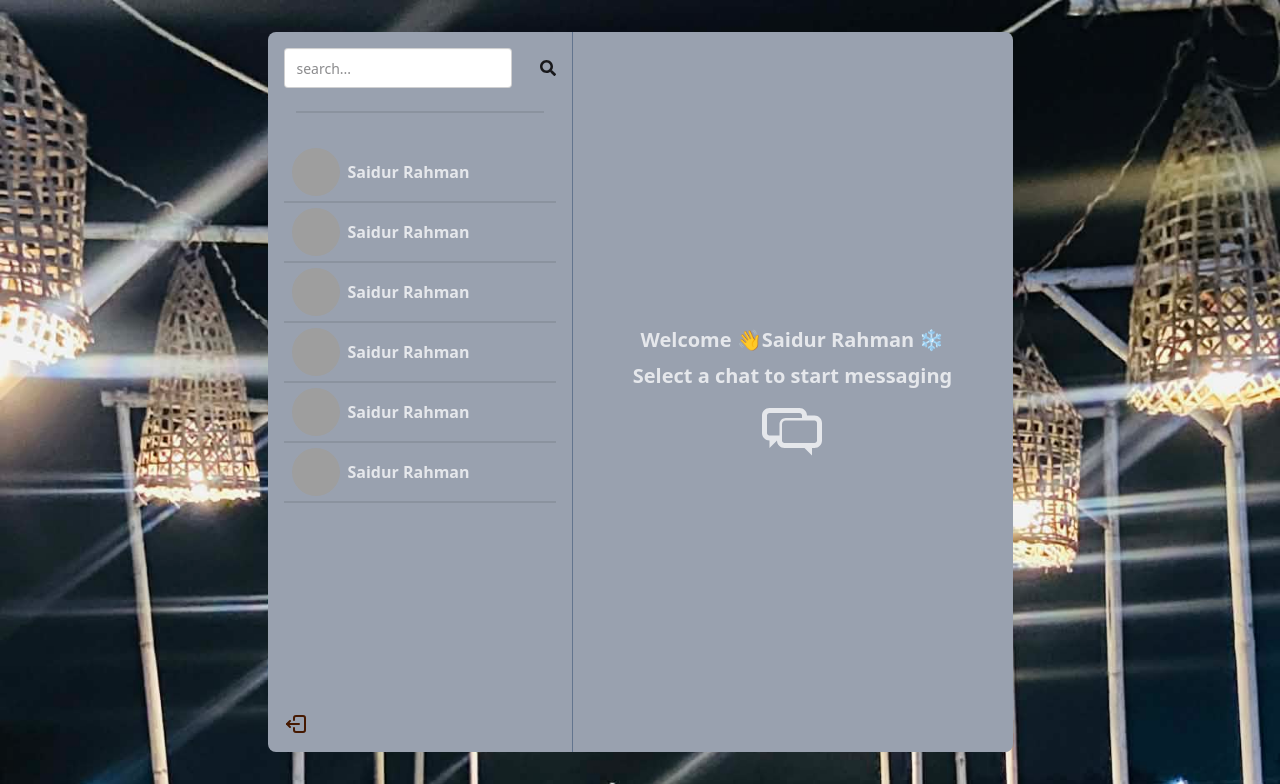
Repository: ridhukhan/chatapp
Page: / (app in frontend/)
An editor plug-in stored every save of this project. The page is shown before and after the next save, followed by the edit.
The browser window is 1280 px wide. The pictures show the whole page.
Pictures or frames that could not be fetched are drawn as grey boxes. An inner scrolling area shows only its first screen. Backgrounds fixed to the window are drawn as part of the page. The project was rebuilt for these pictures with package versions that can differ from the ones it lists, and the page was loaded fresh each time. Also part of the build but not shown: frontend/vite.config.js, frontend/src/Pages/login/Login.jsx, frontend/src/Pages/signup/GendarCheckbox.jsx, frontend/src/Pages/signup/SignUp.jsx.

Above is the page before, as saved 2025-12-25 19:49:24.

### frontend/src/index.css
@import "tailwindcss";
@plugin "daisyui";


body{

background-image: url("/bg1.jpeg");
background-repeat: no-repeat;
background-size: cover;
background-position: center;
background-attachment: fixed;
}

### frontend/src/App.jsx

import './App.css'
import Home from './Pages/home/Home'
import Login from './Pages/login/Login'
import SignUp from './Pages/signup/SignUp'

function App() {

  return (
    <div className='p-4 h-screen flex items-center justify-center'>
<Home/>
    </div>
  )
}

export default App

### frontend/src/Pages/home/Home.jsx
import React from 'react'
import Sidebar from '../../Components/sidebar/Sidebar'
import MessageContainer from '../../Components/messages/MessageContainer'

const Home = () => {
  return (
    <div className='bg-gray-400 bg-clip-padding backdrop-filter backdrop-blur-lg bg-opacity-o  flex  rounded-lg overflow-hidden'>




      <Sidebar/>
      <MessageContainer/>
    </div>
  )
}

export default Home

### frontend/src/Components/sidebar/Sidebar.jsx
import React from 'react'
import SearchInput from './SearchInput'
import Conversations from './Conversations'
import Logoutbtn from './Logoutbtn'

const Sidebar = () => {
  return (
    <div className='border-r border-slate-500 p-4 flex flex-col'>
<SearchInput/>
<div  className='divider px-3'></div>
<Conversations/>


<Logoutbtn/>
    </div>
  )
}

export default Sidebar

### frontend/src/Components/messages/MessageContainer.jsx
import React from 'react'
import Messages from './Messages'
import MessageInput from './MessageInput'
import {TiMessages} from "react-icons/ti";
const MessageContainer = () => {

    const noChatSelected = true;
  return (
    <div className='md:min-w-110 flex flex-col  h-screen'>

     {noChatSelected?(<NoChatSelected/>):(

  <>
        <div className='bg-slate-500 px-4 py-2 mb-2'>
            <span className='label-text'>To:</span>
            <span className='text-gray-900 font-bold'>Saidur Rahman</span>
        </div>
        <Messages/>
        <MessageInput/>
        </>

     )}
    </div>
  )
}

export default MessageContainer;


const NoChatSelected = () => {
	return (
		<div className='flex items-center justify-center w-full h-full'>
			<div className='px-4 text-center sm:text-lg md:text-xl text-gray-200 font-semibold flex flex-col items-center gap-2'>
				<p>Welcome 👋Saidur Rahman ❄</p>
				<p>Select a chat to start messaging</p>
				<TiMessages className='text-3xl md:text-6xl text-center' />
			</div>
		</div>
	);
};

### frontend/src/Components/sidebar/SearchInput.jsx
import React from 'react'
import { FaSearch } from "react-icons/fa";
const SearchInput = () => {
  return (
    <form className='flex items-center gap-2'>
<input type='text' placeholder='search...' className='input input-bordered rouunded-full'/>
<button type="submit" className='ml-5 btn-circle'><FaSearch /></button>
    </form>
  )
}

export default SearchInput

### frontend/src/Components/sidebar/Conversations.jsx
import React from 'react'
import Conversation from './Conversation'

const Conversations = () => {
  return (
    <div className='py-2 flex flex-col overflow-auto'>

<Conversation/>
<Conversation/>
<Conversation/>
<Conversation/>
<Conversation/>
<Conversation/>


    </div>
  )
}

export default Conversations

### frontend/src/Components/sidebar/Logoutbtn.jsx
import React from 'react'
import { TbLogout2 } from "react-icons/tb";
const Logoutbtn = () => {
  return (
    <div className='mt-auto'>

<TbLogout2 className='w-6 h-6 text-amber-950 cursor-pointer'/>

    </div>
  )
}

export default Logoutbtn

### frontend/src/Components/sidebar/Conversation.jsx
import React from 'react'

const Conversation = () => {
  return (
    <>
<div className='flex gap-2 items-center hover:bg-sky-500 rounded p-2 py-1 cursor-pointer'>
<div className='avatar online'>
<div className='w-12 rounded-full'>
    <img src="https://cdn0.iconfinder.com/data/icons/communication-line-10/24/account_profile_user_contact_person_avatar_placeholder-512.png" alt="user avater" />
</div>
</div>
<div className='flex flex-col flex-1'>

    <div className='flex gap-3 justify-between'>
        <p className='font-bold text-gray-200'>Saidur Rahman</p>
        <span></span>
    </div>
</div>
</div>
<div className='divider my-0 py-0 h-1'/>


    </>
  )
}

export default Conversation

### frontend/src/Components/messages/Messages.jsx
import React from 'react'
import Message from './Message'

const Messages = () => {
  return (
    <div className='  px-4 flex-1 overflow-y-auto'>

<Message/>
<Message/>
<Message/>
<Message/>
<Message/>
<Message/>
<Message/>
<Message/>
<Message/>
<Message/>
<Message/>
<Message/>
<Message/>
<Message/>
<Message/>
<Message/>
<Message/>
<Message/>







    </div>
  )
}

export default Messages

### frontend/src/Components/messages/MessageInput.jsx
import React from 'react'
import { BiSolidSend } from "react-icons/bi";
const MessageInput = () => {
  return (
    <form className='px-4 my-3'>

<div className='w-full flex'>
<input type="text" className='border text-sm rounded-lg block w-78 p-2.5 bg-gray-700 border-gray-600 text-white'
placeholder='type a message'/>

<button type='submit'className='ml-5  '>

<BiSolidSend className='max-w-10 h-10'/>

</button>
</div>

    </form>
  )
}

export default MessageInput

### frontend/src/Components/messages/Message.jsx
import React from 'react'

const Message = () => {
  return (
    <div className='chat chat-end'>

<div className='chat-image avatar'>
<div className='w-10 rounded-full'>
    <img src="https://cdn0.iconfinder.com/data/icons/communication-line-10/24/account_profile_user_contact_person_avatar_placeholder-512.png" alt="Tailwind css chat bubble component" />


</div>
</div>

    <div  className={'chat-bubble  text-white bg-blue-600'}>hi whatsup broo</div>
    <div  className={'chat-footer opacity-50 text-xs flex gap-1 items-center'}>12:42</div>


</div>
  )
}

export default Message

Loaded but not shown: frontend/index.html (common file); frontend/src/main.jsx (common file); frontend/src/App.css (common file)

After the next save:
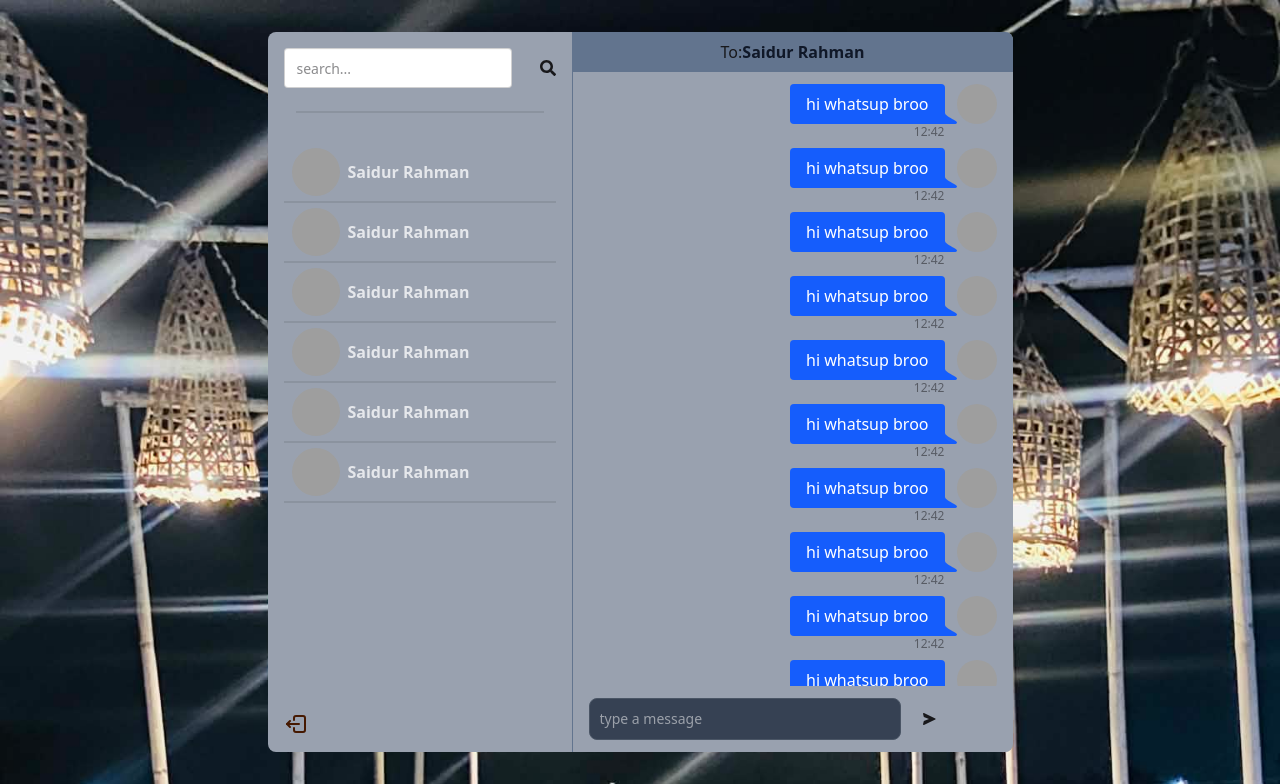
Saved 57 s later.
--- a/frontend/src/Components/messages/MessageContainer.jsx
+++ b/frontend/src/Components/messages/MessageContainer.jsx
@@ -4,7 +4,7 @@ import MessageInput from './MessageInput'
 import {TiMessages} from "react-icons/ti";
 const MessageContainer = () => {
 
-    const noChatSelected = true;
+    const noChatSelected = false;
   return (
     <div className='md:min-w-110 flex flex-col  h-screen'>
 
